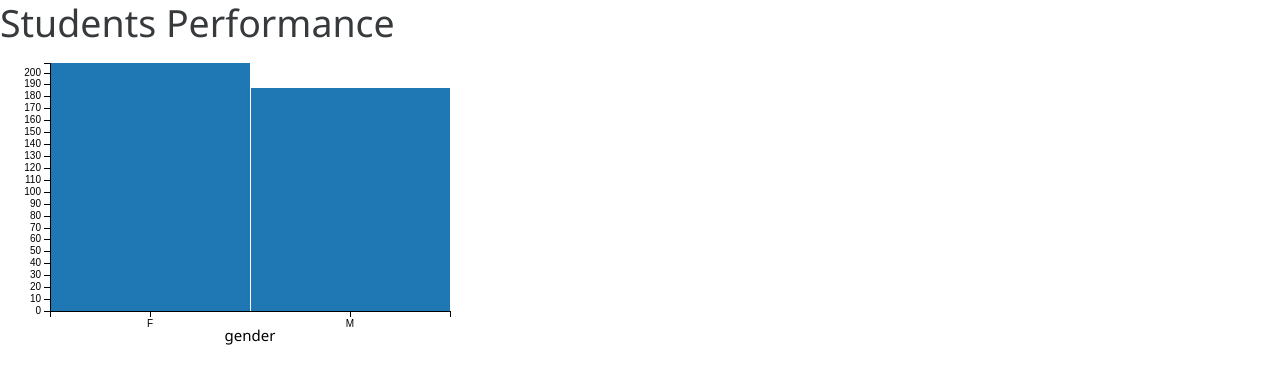
Repository: Baal89/second-milestone-project
Page: index.html
The author's editor kept a record of every edit. The page is drawn from the files as they stood at one moment, then again after the next edit.
The browser window is 1280 px wide. The pictures show the whole page.

Above is the page before.

After the next edit:
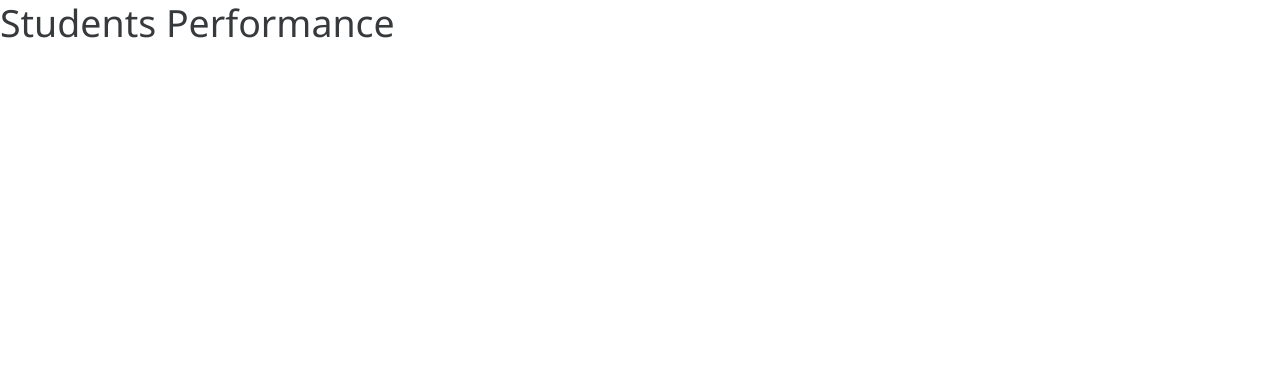
Console error: ReferenceError: show_age_balance is not defined
The edit:
--- a/static/js/graph.js
+++ b/static/js/graph.js
@@ -6,6 +6,7 @@
     var ndx = crossfilter(performanceData);
 
     show_gender_balance(ndx);
+    show_age_balance(ndx);
 
     dc.renderAll();
 }

After the edit that followed:
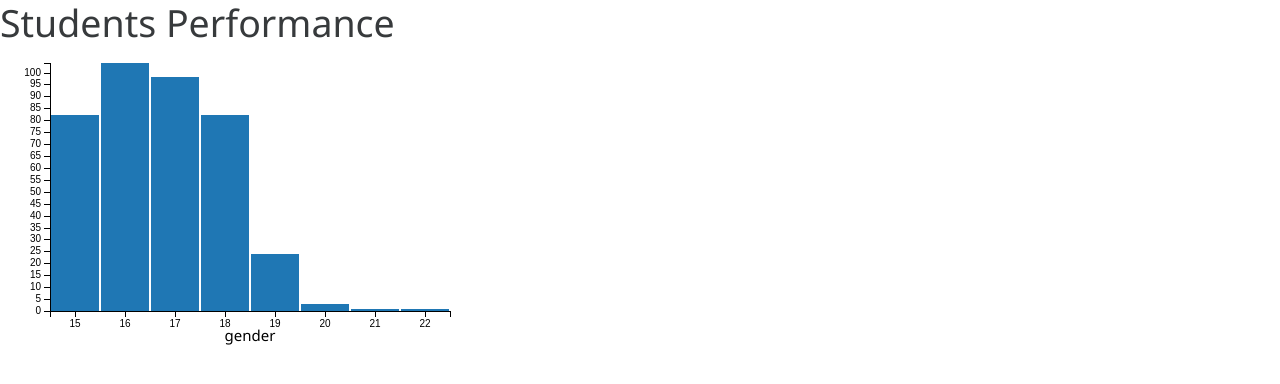
The error is gone.
The edit:
--- a/static/js/graph.js
+++ b/static/js/graph.js
@@ -28,3 +28,21 @@
         .xAxisLabel("gender")
         .yAxis().ticks(20);
 }
+
+function show_age_balance(ndx) {
+     var dim = ndx.dimension(dc.pluck("age"));
+    var group = dim.group();
+
+    dc.barChart("#gender-balance")
+        .width(500)
+        .height(300)
+        .margins({ top: 10, right: 50, bottom: 30, left: 50 })
+        .dimension(dim)
+        .group(group)
+        .transitionDuration(500)
+        .x(d3.scale.ordinal())
+        .xUnits(dc.units.ordinal)
+        .elasticY(true)
+        .xAxisLabel("gender")
+        .yAxis().ticks(20);
+}
